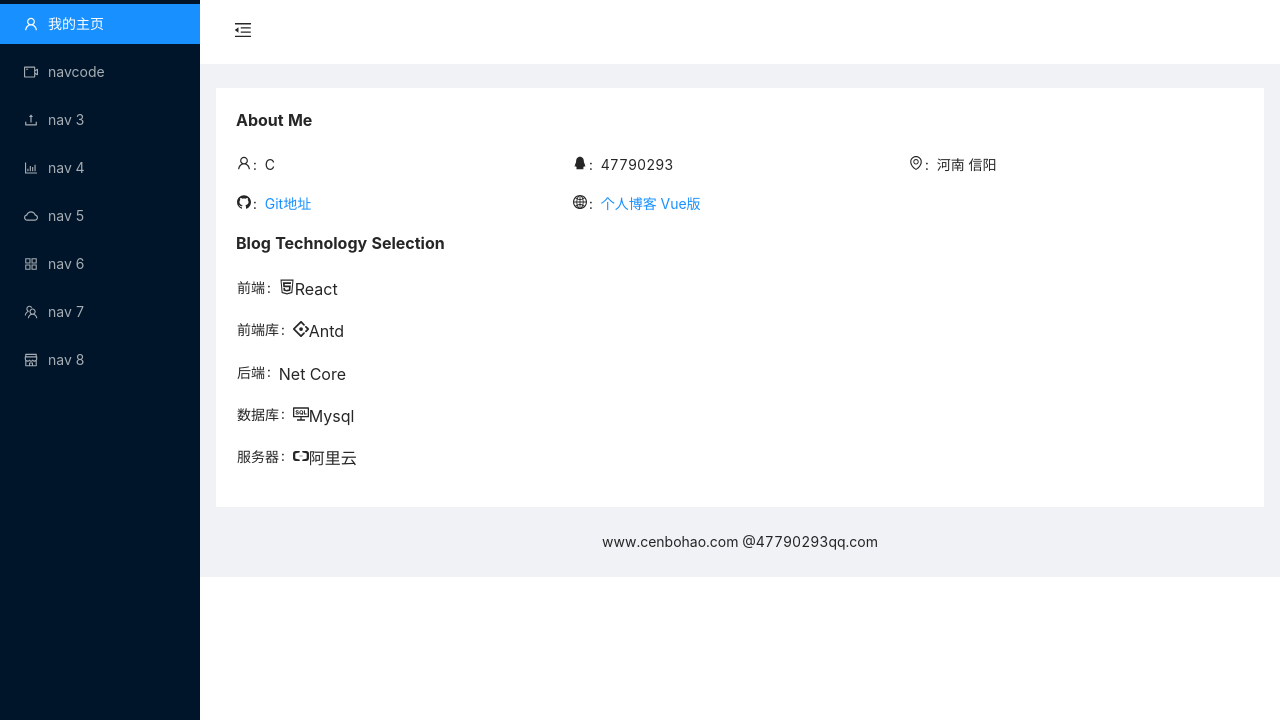
Repository: CBH20010703/bolgsweb
Page: /login (app in blogs/)
An editor plug-in stored every save of this project. The page is shown before and after the next save, followed by the edit.
The browser window is 1280 px wide. The pictures show the whole page.
The project was rebuilt for these pictures with package versions that can differ from the ones it lists, and the page was loaded fresh each time. Also part of the build but not shown: blogs/src/view/Login/Login.jsx, blogs/src/component/Menu/MenuList.css, blogs/src/view/Home/Home.css, blogs/src/view/NavCode/NavCode.css, blogs/src/view/NavCode/NavCode.jsx.

Above is the page before, as saved 2021-06-28 19:25:21.

After the next save:
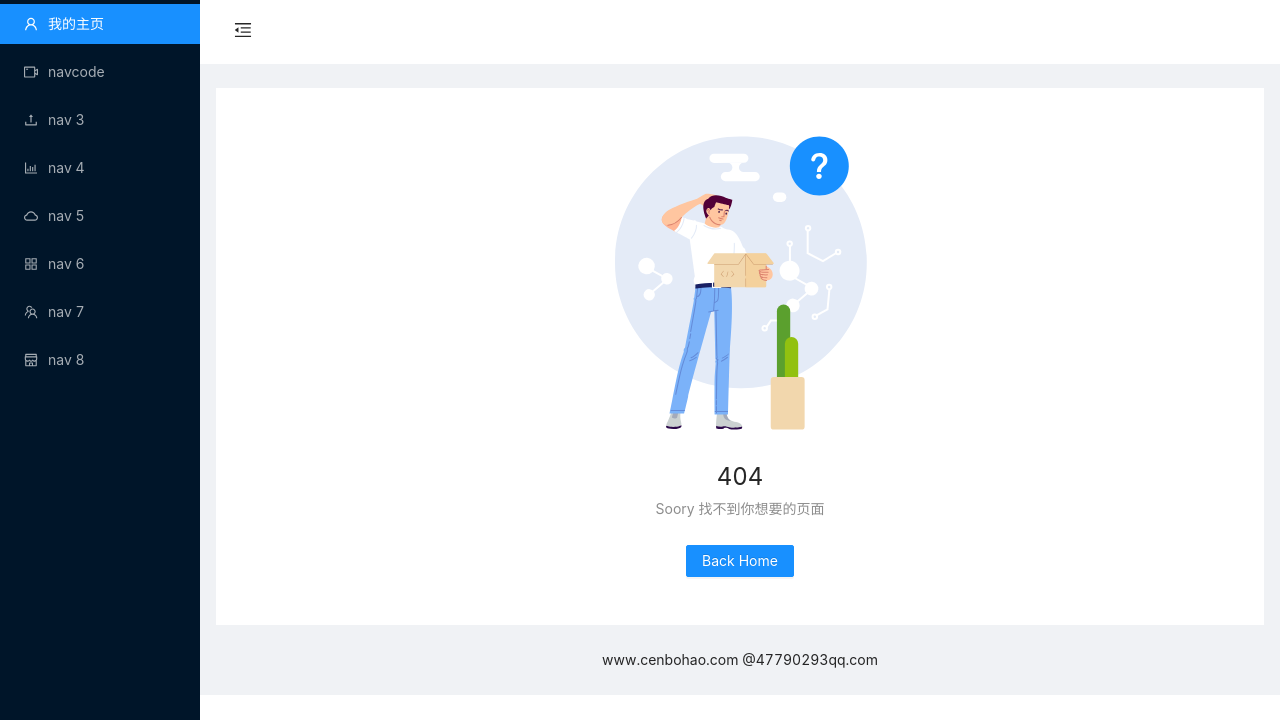
Saved 13 s later.
--- a/blogs/src/view/context/context.jsx
+++ b/blogs/src/view/context/context.jsx
@@ -39,7 +39,7 @@ export default class Context extends Component {
           <Headers toggle={this.toggle} parent={this.state.collapsed}></Headers>
           <Content style={{ margin: '24px 16px 0', height: "auto", background: "#fff" }}>
             <Switch>
-              <Route path="/" component={Home} />
+
               <Route path="/index" component={Home} />
               <Route path="/NavCode" component={Navcode} />
 
